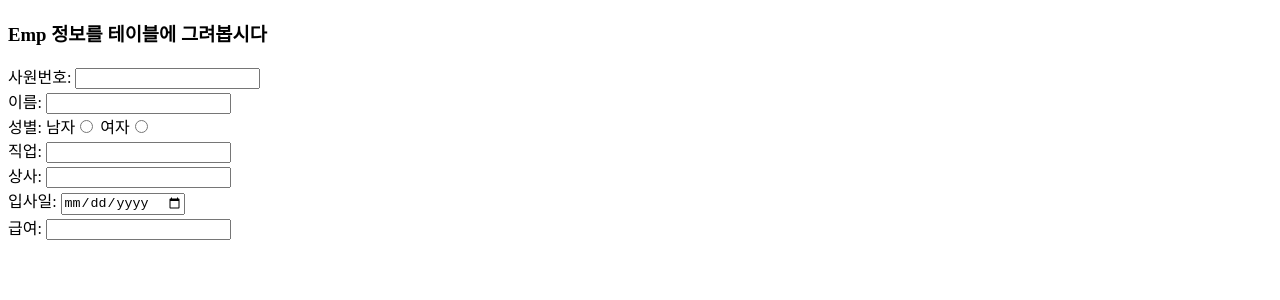
Repository: YeonHaw/jsp
Page: JSPBasic/src/main/webapp/HTML/Quiz01.html
The author's editor kept a copy of each file at every save. The page is drawn from the files as they stood at one save, then again after the next save.
The browser window is 1280 px wide. The pictures show the whole page.

Above is the page before, as saved 2023-12-27 05:25:35.

### JSPBasic/src/main/webapp/HTML/Quiz01.html
<!DOCTYPE html>
<html>
<head>
<meta charset="UTF-8">
<title>Insert title here</title>
</head>
<body>

<h3>Emp 정보를 테이블에 그려봅시다</h3>

<form>
	사원번호: <input type="number" name="ID" size="15" maxlength="5"><br>
	이름: <input type="text" name="name"><br>
	성별:
	남자<input type="radio"name="bl">
	여자<input type="radio"name="bl"><br>
	직업: <input type="text" name="job"><br>
	상사: <input type="number" name="master" size="2" maxlength="4"><br>
	입사일: <input type="date" name="hire" size="30" placeholder="2012-01-01"><br>
	급여: <input type="number" name="salary">
</form>

</body>
</html>

After the next save:
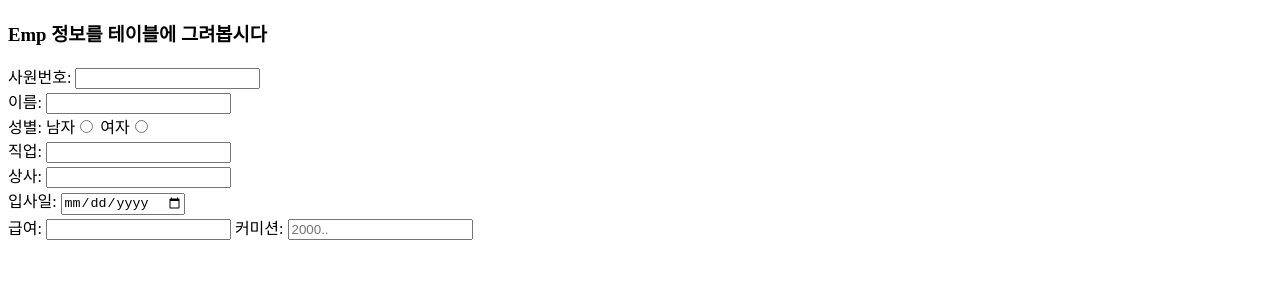
Saved 2 min 34 s later.
--- a/JSPBasic/src/main/webapp/HTML/Quiz01.html
+++ b/JSPBasic/src/main/webapp/HTML/Quiz01.html
@@ -18,6 +18,7 @@
 	상사: <input type="number" name="master" size="2" maxlength="4"><br>
 	입사일: <input type="date" name="hire" size="30" placeholder="2012-01-01"><br>
 	급여: <input type="number" name="salary">
+	커미션: <input type="number" name="commition" placeholder="2000..">
 </form>
 
 </body>
